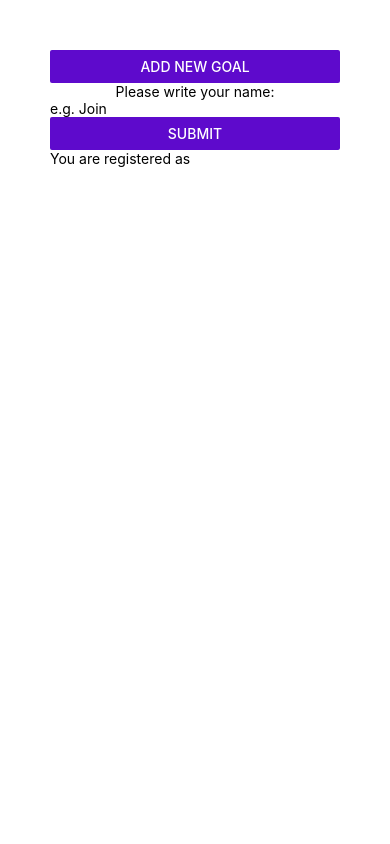
Repository: ntu34543/React-Native-Example1
Screen: /
The author's editor kept a copy of each file at every save. The screen is drawn from the files as they stood at one save, then again after a run of saves.
The app was drawn by React Native's web renderer in a window 390 px wide. The project was rebuilt for these pictures with package versions that can differ from the ones it lists, and the page was loaded fresh each time. Also part of the build but not shown: components/Goalltem.js.

Above is the screen before, as saved 2022-09-12 15:34:36.

### App.js
import { useState } from "react";
import {
  StyleSheet,
  View,
  FlatList,
  Button,
  Text,
  Linking,
  TextInput,
} from "react-native";
import { StatusBar } from "expo-status-bar";

import GoalItem from "./components/Goalltem";
import GoalInput from "./components/Goallnput";

export default function App() {
  const [modalIsVisible, setModalIsVisible] = useState(false);
  const [courseGoals, setCourseGoals] = useState([]);
  const [name, setName] = useState("");
  const [submitted, setSubmitted] = useState(false);
  // console.log(courseGoals);
  const onPressHandler = () => {
    setSubmitted(!submitted);
  };

  function startAddGoalHandler() {
    setModalIsVisible(true);
  }

  function endAddGoalHandler() {
    setModalIsVisible(false);
  }

  function addTextInput(enteredGoalText) {
    setCourseGoals((currentCourseGoals) => [
      ...currentCourseGoals,
      { text: enteredGoalText, id: Math.random().toString() },
    ]);
    endAddGoalHandler();
  }

  function deleteGoalHandler(id) {
    setCourseGoals((currentCourseGoals) => {
      return currentCourseGoals.filter((goal) => goal.id !== id);
    });
  }

  return (
    <>
      <StatusBar style="auto" />
      <View style={styles.container}>
        <Button
          title="Add new Goal"
          color="#5e0acc"
          onPress={startAddGoalHandler}
        />
        <Text style={styles.textLinking}>Please write your name:</Text>
        <TextInput
          style={styles.input}
          placeholder="e.g. Join"
          onChangeText={(value) => setName(value)}
        />
        <Button
          title="Submit"
          color="#5e0acc"
          onPress={onPressHandler}
          // onPress={() => {
          //   Linking.openURL(
          //     "https://ca.slack-edge.com/T324R7VB6-U03RS7EKJHG-323b9d1b6216-512"
          //   );
          // }}
        />
        {submitted}
        <Text>You are registered as {name}</Text>
        <GoalInput
          visible={modalIsVisible}
          onAddGoal={addTextInput}
          onCancer={endAddGoalHandler}
        />
        <View style={styles.goalsContainer}>
          <FlatList
            data={courseGoals}
            style={styles.goalsContainer}
            renderItem={(itemData) => {
              return (
                <GoalItem
                  text={itemData.item.text}
                  id={itemData.item.id}
                  onDeleteItem={deleteGoalHandler}
                />
              );
            }}
            keyExtractor={(item, index) => {
              return index.id;
            }}
            alwaysBounceVertical={false}
          />
        </View>
      </View>
    </>
  );
}

const styles = StyleSheet.create({
  container: {
    padding: 50,
  },
  goalsContainer: {
    // flex: 4,
  },
  textLinking: {
    textAlign: "center",
  },
});

### components/Goallnput.js
import { useState } from "react";
import { StyleSheet, View, TextInput, Button, Modal, Image } from "react-native";
function GoalInput(props) {
  const [enteredGoalText, setEnteredGoalText] = useState("");

  function textInput(enteredText) {
    setEnteredGoalText(enteredText);
    // console.log(enteredText);
  }

  function addGoalHandler() {
    props.onAddGoal(enteredGoalText);
    setEnteredGoalText("");
  }

  return (
    <Modal visible={props.visible} animationType="slide">
      <View style={styles.inputContainer}>
          <Image style={styles.image} source={require('../assets/favicon.png')} />
        <TextInput
          style={styles.textInput}
          placeholder="Email............"
          onChangeText={textInput}
          value={enteredGoalText}
        />
        <View style={styles.buttonContainer}>
          <View style={styles.button}>
            <Button title="Click!" onPress={addGoalHandler} />
          </View>
          <View style={styles.button}>
            <Button title="Cancer!" onPress={props.onCancer}/>
          </View>
        </View>
      </View>
    </Modal>
  );
}

export default GoalInput;

const styles = StyleSheet.create({
  inputContainer: {
    flex: 1,
    justifyContent: "center",
    alignItems: "center",
    paddingBottom: 24,
    padding: 16,
    borderBottomWidth: 1,
    borderBottomColor: "gray",
    backgroundColor: 'pink'
  },
  image: {
      width: 100,
      height: 100,
      margin: 20,
  },
  textInput: {
    borderWidth: 1,
    borderColor: "#cccccc",
    width: "100%",
    padding: 8,
  },
  buttonContainer: {
      marginTop: 16,
    flexDirection: "row",
  },
  button: {
      width: '30%',
      marginHorizontal: 8,
  }
});

After the next 6 saves:
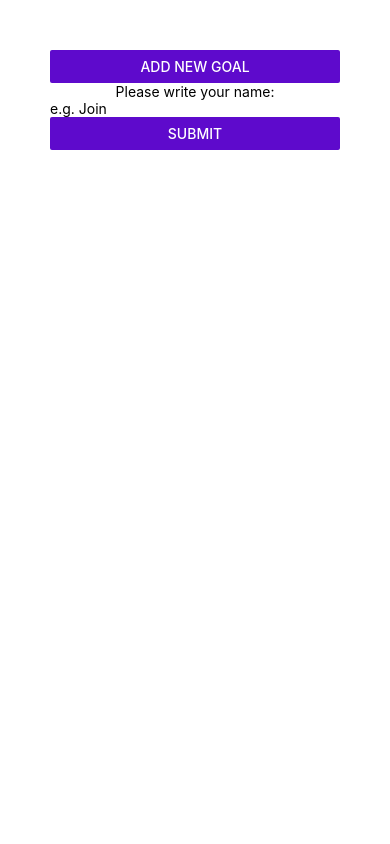
The 6 saves are shown as one change because 1 did not build or start and some came seconds apart.
The last was saved 40 s later.
--- a/App.js
+++ b/App.js
@@ -70,8 +70,7 @@ export default function App() {
           //   );
           // }}
         />
-        {submitted}
-        <Text>You are registered as {name}</Text>
+        {submitted ? <Text>You are registered as {name}</Text> : null}
         <GoalInput
           visible={modalIsVisible}
           onAddGoal={addTextInput}
